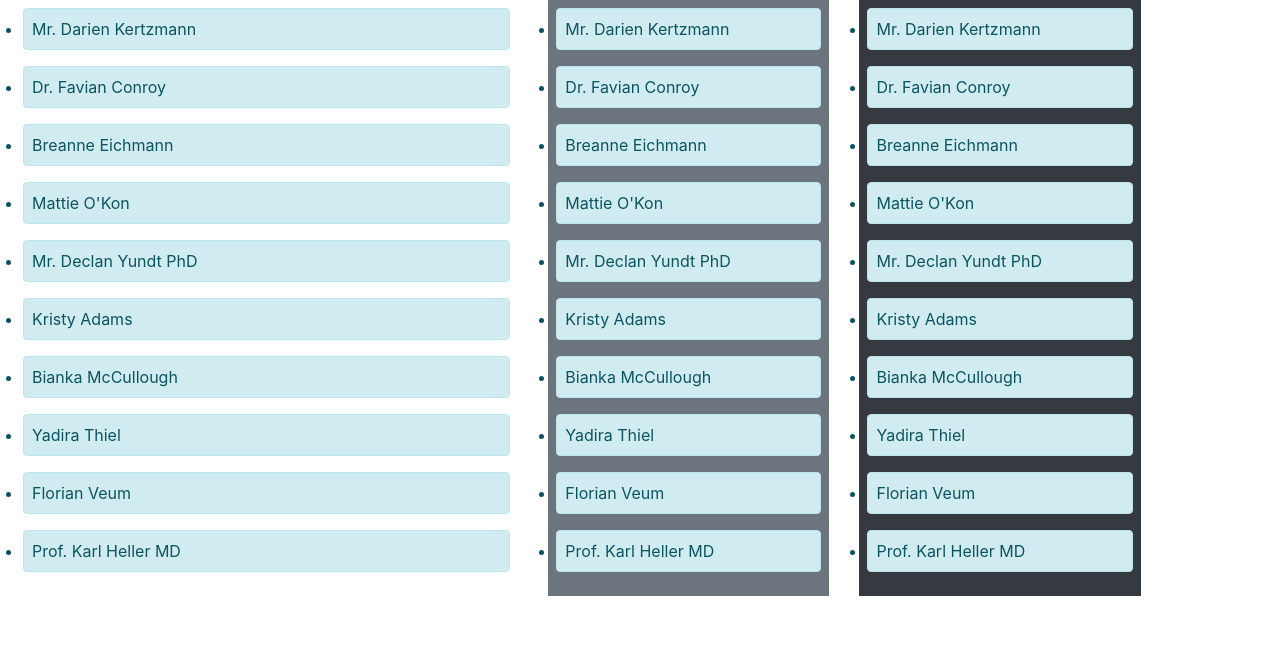
Repository: yatharth-vataliya/the-core-php-js
Page: http://localhost/prac_17.php
These files come from the project's save history. The page is drawn as it stood at one moment and after a run of saves; the edit follows.
The browser window is 1280 px wide. The pictures show the whole page.
Some web libraries are served in a nearby version. The page is run by PHP 8.4 with error messages shown; the project is at /var/www/html/. The database holds what the project's SQL file puts in it.

Above is the page before, as saved 2020-12-26 18:30:24.

After the next 2 saves:
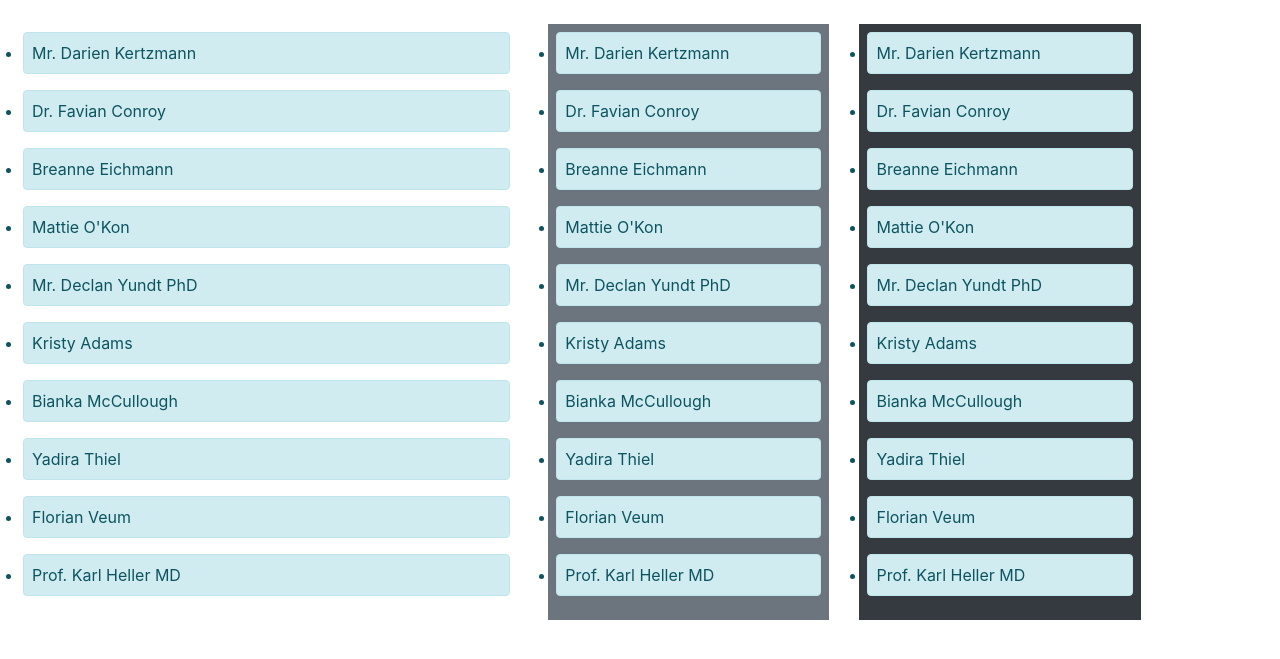
The 2 saves are shown as one change because they came seconds apart.
The last was saved 18 s later.
--- a/prac_17.php
+++ b/prac_17.php
@@ -27,7 +27,7 @@ $data = $st->fetchAll(PDO::FETCH_OBJ);
 
 <body>
   <div class="container-fluid">
-    <div class="row">
+    <div class="row mt-4">
       <div class="col-md-5">
         <ul id="sortable" class="p-2">
           <?php foreach ($data as $dt) : ?>
